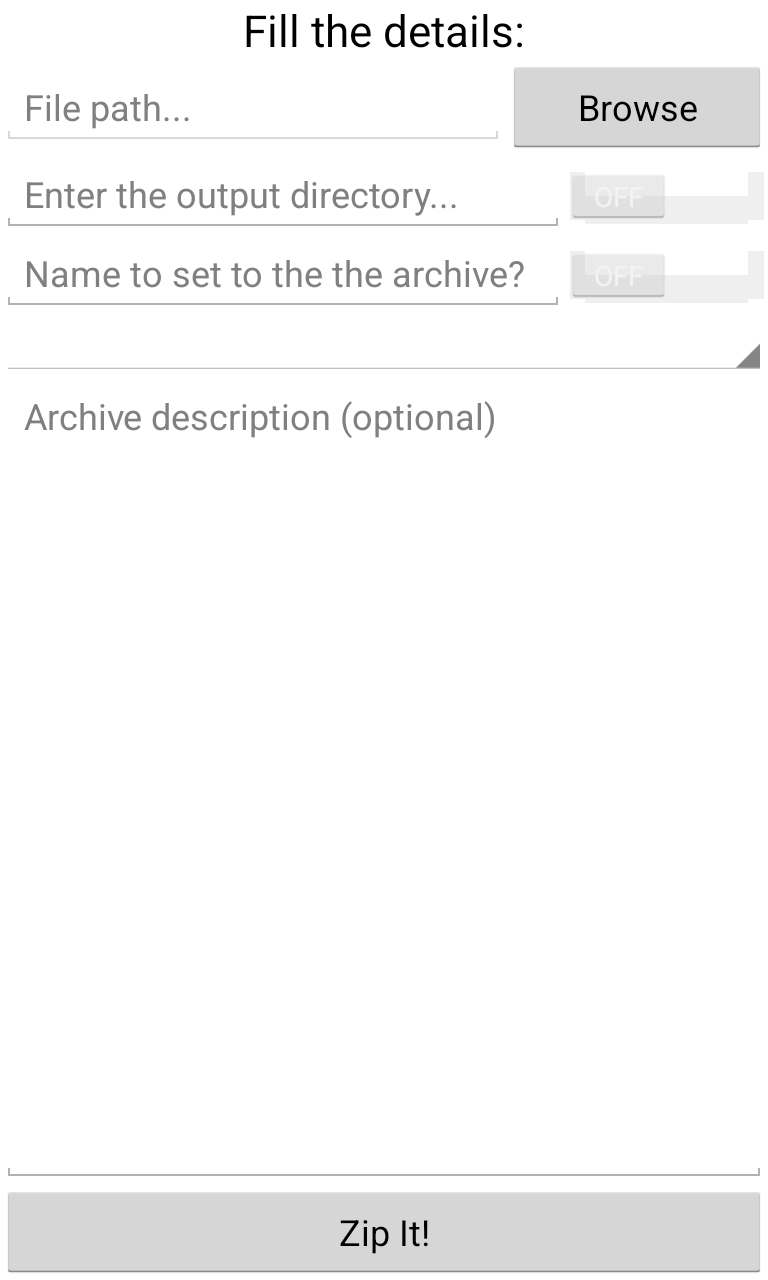
Repository: ya-ivanov/Android-Projects
Layout: Android Projects (OLD)/Zip It!/ZipIt/res/layout/activity_main.xml
An editor plug-in stored every save of this project. The layout is shown before and after the next save, followed by the edit.
It is drawn on a 768 x 1280 px phone screen (xhdpi) without system bars, with theme AppTheme; the app's code is not run.

Above is the layout before, as saved 2013-12-12 17:59:59.

After the next save:
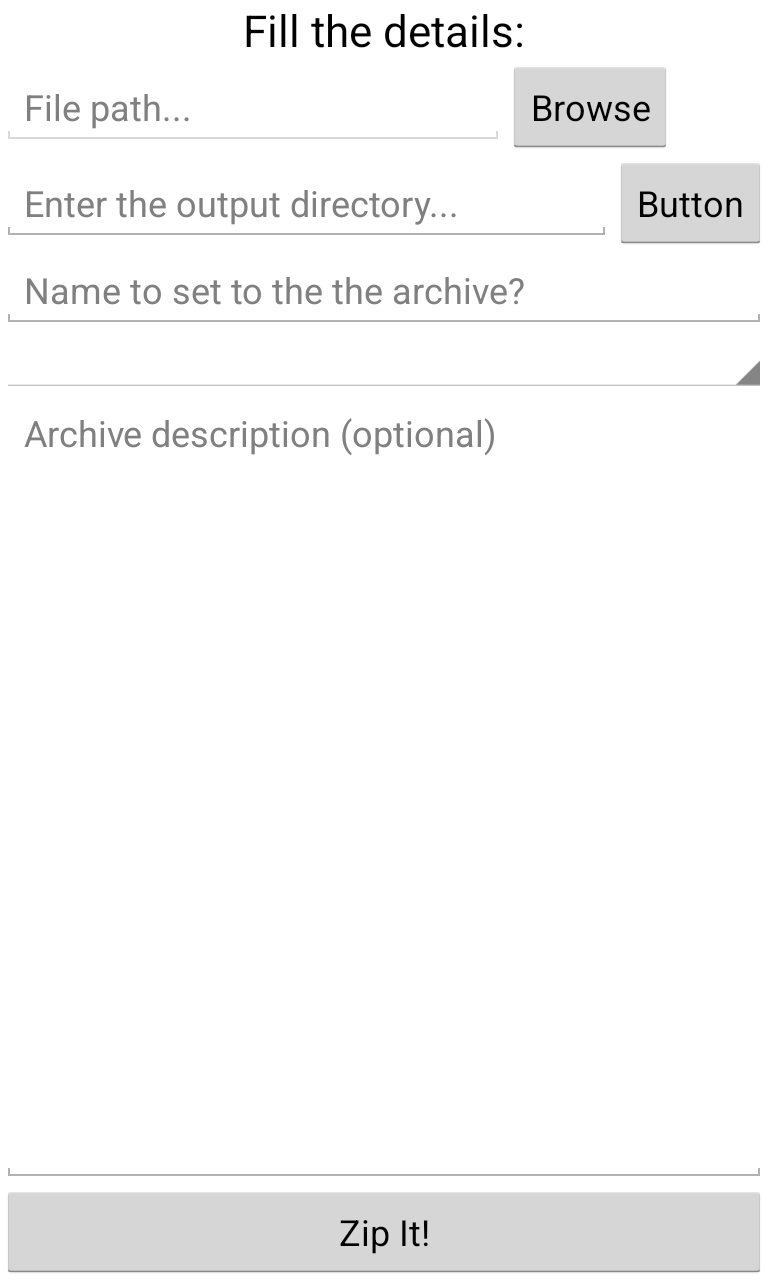
Saved 4 min 2 s later.
--- a/Android Projects (OLD)/Zip It!/ZipIt/res/layout/activity_main.xml
+++ b/Android Projects (OLD)/Zip It!/ZipIt/res/layout/activity_main.xml
@@ -29,7 +29,7 @@
 
         <Button
             android:id="@+id/browse"
-            android:layout_width="match_parent"
+            android:layout_width="wrap_content"
             android:layout_height="wrap_content"
             android:text="Browse" />
 
@@ -49,11 +49,12 @@
             android:singleLine="true" >
         </EditText>
 
-        <Switch
-            android:id="@+id/defaultDir"
+        <Button
+            android:id="@+id/button2"
             android:layout_width="wrap_content"
             android:layout_height="wrap_content"
-            android:text="" />
+            android:text="Button" />
+
     </LinearLayout>
 
     <LinearLayout
@@ -68,11 +69,6 @@
             android:ems="10"
             android:hint="Name to set to the the archive?"
             android:singleLine="true" />
-
-        <Switch
-            android:id="@+id/randName"
-            android:layout_width="wrap_content"
-            android:layout_height="wrap_content" />
 
     </LinearLayout>
 
